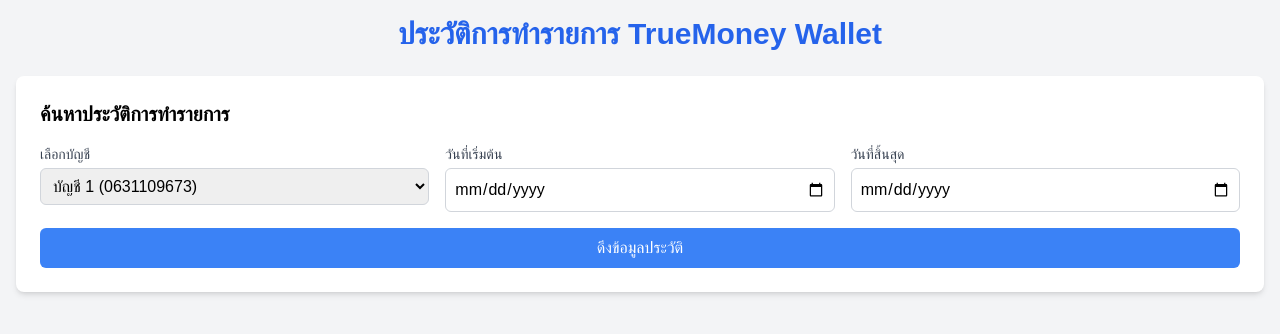
Repository: Balencp/y2k
Page: statement.html
These files come from the project's save history. The page is drawn as it stood at one moment and after the next save; the edit follows.
The browser window is 1280 px wide. The pictures show the whole page.
Some web fonts or font styles are not loaded; a fallback is used. Some web libraries are served in a nearby version.

Above is the page before, as saved 2025-02-12 19:35:25.

After the next save:
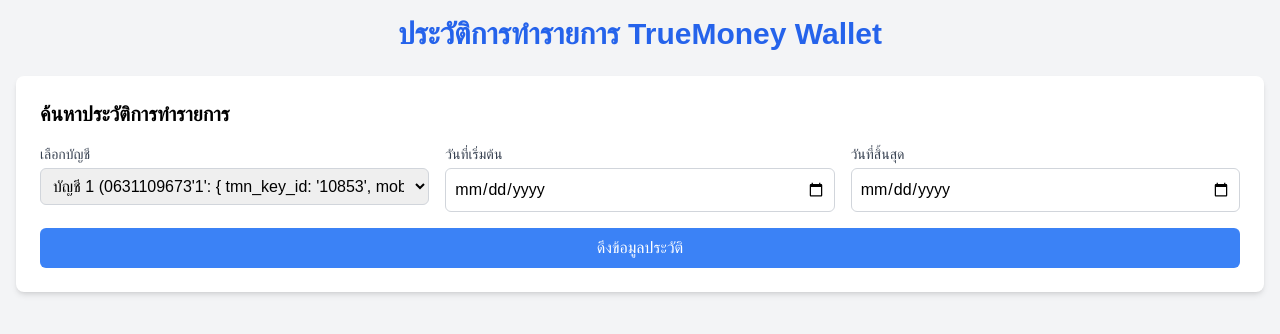
Saved 16 s later.
--- a/statement.html
+++ b/statement.html
@@ -25,7 +25,20 @@
                 <div>
                     <label for="account" class="block text-sm font-medium text-gray-700 mb-1">เลือกบัญชี</label>
                     <select id="account" class="w-full p-2 border border-gray-300 rounded-md">
-                        <option value="1">บัญชี 1 (0631109673)</option>
+                        <option value="1">บัญชี 1 (0631109673'1': {
+                tmn_key_id: '10853',
+                mobile_number: '0809811781',
+                login_token: 'L-28dda1e5-9626-4b2b-9f51-7ad649bb1a42',
+                pin: '365789',
+                tmn_id: 'tmn.10126882882'
+            },
+            '2': {
+                tmn_key_id: '00000',
+                mobile_number: '00000',
+                login_token: '00000',
+                pin: '00000',
+                tmn_id: 'tmn.00000'
+            }</option>
                     </select>
                 </div>
                 <div>
@@ -62,11 +75,11 @@
     <script>
         const accounts = {
             '1': {
-                tmn_key_id: 'x4378065a7e',
-                mobile_number: '0631109673',
-                login_token: 'L-e854b4cd-7d49-44fb-af56-a236f48658cd',
-                pin: '140990',
-                tmn_id: '10124781060'
+                tmn_key_id: '10853',
+                mobile_number: '0809811781',
+                login_token: 'L-28dda1e5-9626-4b2b-9f51-7ad649bb1a42',
+                pin: '365789',
+                tmn_id: 'tmn.10126882882'
             },
             '2': {
                 tmn_key_id: '00000',

After the save that followed:
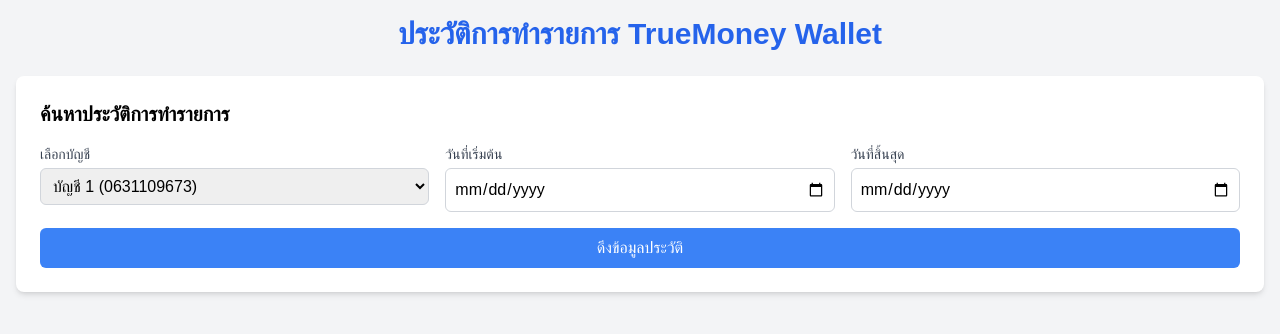
Saved 11 s later.
--- a/statement.html
+++ b/statement.html
@@ -25,20 +25,7 @@
                 <div>
                     <label for="account" class="block text-sm font-medium text-gray-700 mb-1">เลือกบัญชี</label>
                     <select id="account" class="w-full p-2 border border-gray-300 rounded-md">
-                        <option value="1">บัญชี 1 (0631109673'1': {
-                tmn_key_id: '10853',
-                mobile_number: '0809811781',
-                login_token: 'L-28dda1e5-9626-4b2b-9f51-7ad649bb1a42',
-                pin: '365789',
-                tmn_id: 'tmn.10126882882'
-            },
-            '2': {
-                tmn_key_id: '00000',
-                mobile_number: '00000',
-                login_token: '00000',
-                pin: '00000',
-                tmn_id: 'tmn.00000'
-            }</option>
+                        <option value="1">บัญชี 1 (0631109673)</option>
                     </select>
                 </div>
                 <div>
